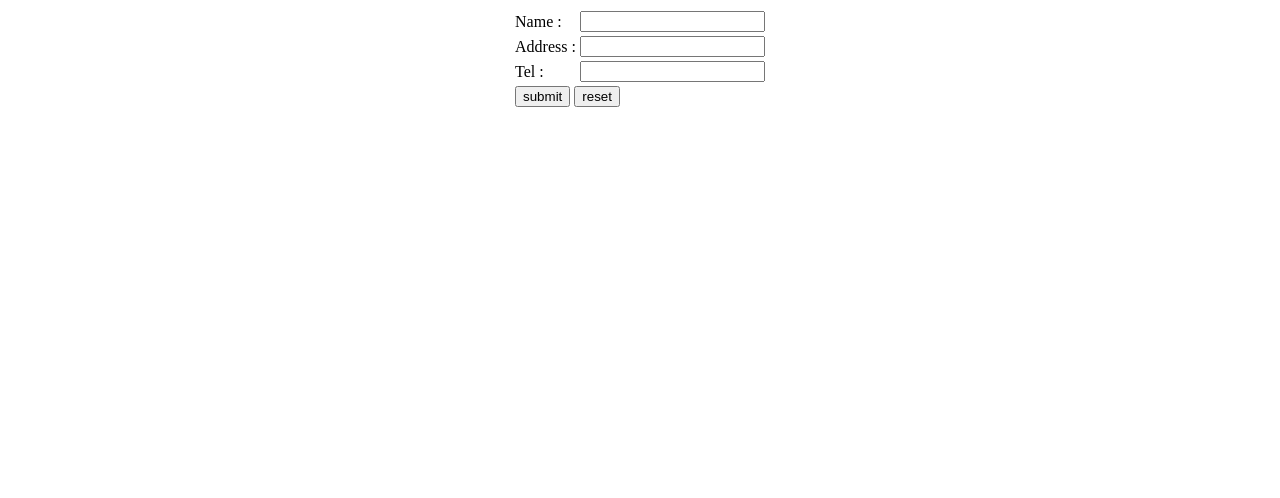
Repository: suzume1203/test
Page: http://localhost/JspProject/TestOS.jsp
These files come from the project's save history. The page is drawn as it stood at one moment and after the next save; the edit follows.
The browser window is 1280 px wide. The pictures show the whole page.
The page is served by Tomcat 10. Nobody is signed in. The application's start-up code is not run.

Above is the page before, as saved 2023-03-08 05:58:27.

After the next save:
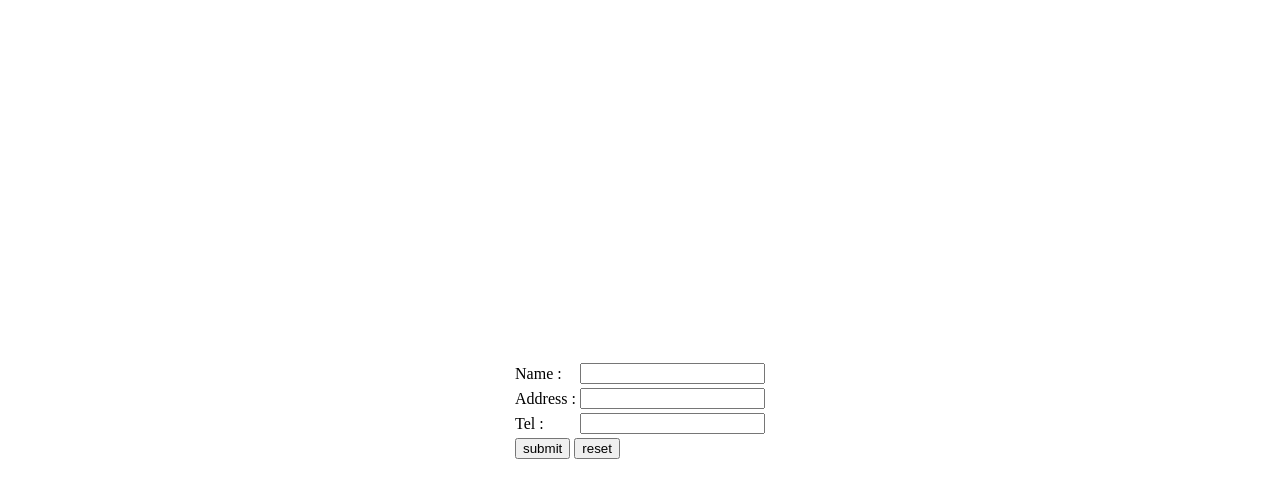
Saved 17 s later.
--- a/JspProject/src/main/webapp/TestOS.jsp
+++ b/JspProject/src/main/webapp/TestOS.jsp
@@ -7,7 +7,7 @@
 <style>
 table {
 	margin: auto;
-	heigth: 50vh;
+	margin-top: 50vh;
 
 }
 </style>
